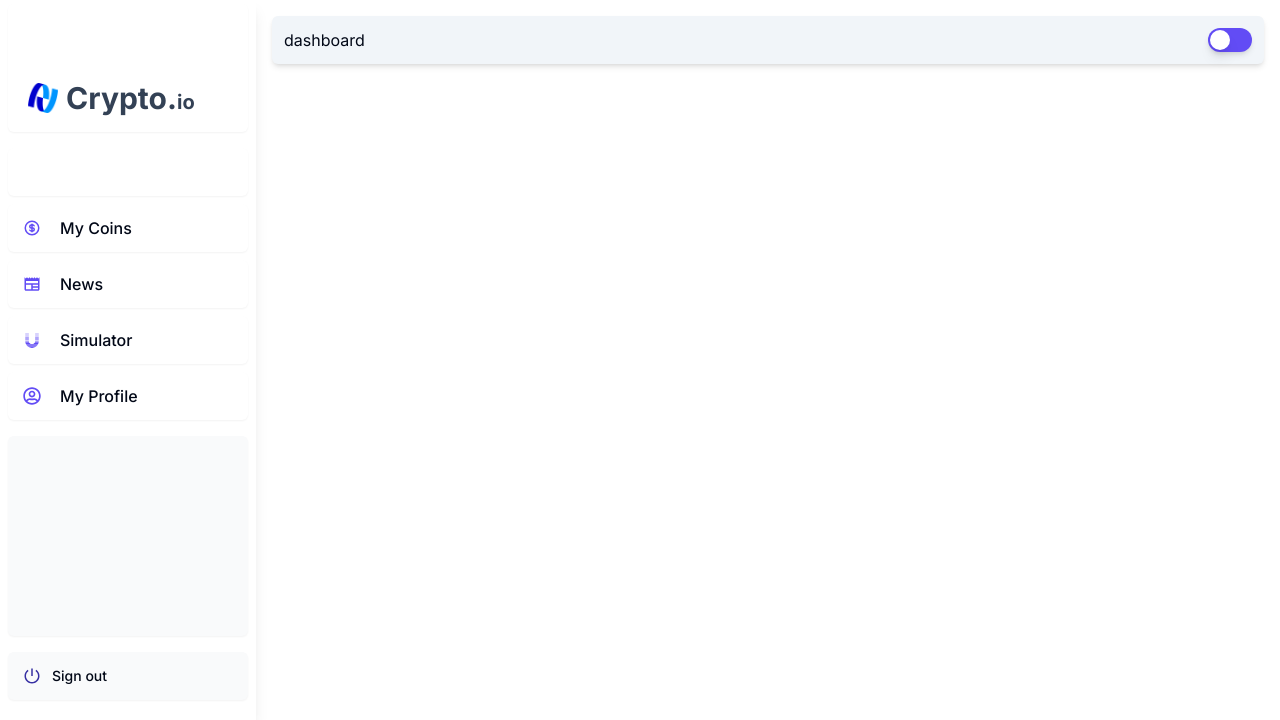
Repository: Lovenson2000/crypto.io
Page: /dashboard
An editor plug-in stored every save of this project. The page is shown before and after the next save, followed by the edit.
The browser window is 1280 px wide. The pictures show the whole page.
The page's requests for data from a server got no answer. The project was rebuilt for these pictures with package versions that can differ from the ones it lists, and the page was loaded fresh each time. Some packages were replaced by stand-ins written for this rebuild. The framework's server and built-in components were replaced by stand-ins that run in the browser. No one was signed in, and anything a server would have sent is missing. Also part of the build but not shown: next.config.js, next.config.mjs, app/lib/utils.js, app/components/MyLine.js.

Above is the page before, as saved 2024-02-06 18:48:42.

### app/layout.js
import { ClerkProvider } from "@clerk/nextjs";
import { Inter } from "next/font/google";
import "./globals.css";

const inter = Inter({ subsets: ["latin"] });

export const metadata = {
  title: "Crypto.io",
  description: "Generated by create next app",
};

export default function RootLayout({ children }) {
  return (
    <ClerkProvider
      appearance={{
        variables: { colorPrimary: '#624CF5' },
      }}
    >
      <html lang="en">
        <body className={`${inter.className}`}>
          {children}
        </body>
      </html>
    </ClerkProvider>
  );
}

### app/dashboard/layout.js

import React from 'react'
import DashboardNav from '../components/dashboard/DashboardNav';
import SideNav from '../components/dashboard/Sidenav';

export default function Layout({ children }) {
    return (
        <div className="flex flex-col md:flex-row h-screen">
            <div className="w-full flex-none md:w-64">
                <SideNav />
            </div>
            <div className="md:flex-grow p-4">
                <DashboardNav />
                {children}
            </div>
        </div>
    );
}

### app/dashboard/(overview)/page.js
"use client";

import { fetchCoins } from "@/app/api/data";
import ChartWrapper from "@/app/components/dashboard/BoxChart";
import { useEffect, useState } from "react";
import { Input } from "@/components/ui/input"

export default function Page() {

  const [coins, setCoins] = useState([]);

  useEffect(() => {
    const fetchData = async () => {
      try {
        const response = await fetchCoins();
        setCoins(response.slice(0, 4));
      } catch (error) {
        console.error('Error fetching data', error);
      }
    };

    fetchData();
  }, []);

  return (
    <div className=''>
      <ChartWrapper coins={coins} />

    </div>
  );
}

### app/globals.css
@tailwind base;
@tailwind components;
@tailwind utilities;

@layer base {
  :root {
    --background: 0 0% 100%;
    --foreground: 222.2 84% 4.9%;

    --card: 0 0% 100%;
    --card-foreground: 222.2 84% 4.9%;

    --popover: 0 0% 100%;
    --popover-foreground: 222.2 84% 4.9%;

    --primary: 222.2 47.4% 11.2%;
    --primary-foreground: 210 40% 98%;

    --secondary: 210 40% 96.1%;
    --secondary-foreground: 222.2 47.4% 11.2%;

    --muted: 210 40% 96.1%;
    --muted-foreground: 215.4 16.3% 46.9%;

    --accent: 210 40% 96.1%;
    --accent-foreground: 222.2 47.4% 11.2%;

    --destructive: 0 84.2% 60.2%;
    --destructive-foreground: 210 40% 98%;

    --border: 214.3 31.8% 91.4%;
    --input: 214.3 31.8% 91.4%;
    --ring: 222.2 84% 4.9%;

    --radius: 0.5rem;
  }

  .dark {
    --background: 222.2 84% 4.9%;
    --foreground: 210 40% 98%;

    --card: 222.2 84% 4.9%;
    --card-foreground: 210 40% 98%;

    --popover: 222.2 84% 4.9%;
    --popover-foreground: 210 40% 98%;

    --primary: 210 40% 98%;
    --primary-foreground: 222.2 47.4% 11.2%;

    --secondary: 217.2 32.6% 17.5%;
    --secondary-foreground: 210 40% 98%;

    --muted: 217.2 32.6% 17.5%;
    --muted-foreground: 215 20.2% 65.1%;

    --accent: 217.2 32.6% 17.5%;
    --accent-foreground: 210 40% 98%;

    --destructive: 0 62.8% 30.6%;
    --destructive-foreground: 210 40% 98%;

    --border: 217.2 32.6% 17.5%;
    --input: 217.2 32.6% 17.5%;
    --ring: 212.7 26.8% 83.9%;
  }
}

@layer base {
  * {
    @apply border-border;
  }

  body {
    @apply bg-background text-foreground;
  }
}

:root {
  --foreground-rgb: 0, 0, 0;
  --background-start-rgb: 214, 219, 220;
  --background-end-rgb: 255, 255, 255;
}

@media (prefers-color-scheme: dark) {
  :root {
    --primary-background: #F6F8FD;
    --secondary: #624CF5;
  }
}

body {
  background: var(--primary-background);
}

/* Removing Clerk Custom Sidebar Logo */
.cl-internal-75cqc {
  display: none;
}

.cl-userButtonPopoverFooter {
  display: none;
}

.cl-userButtonPopoverCard {
  color: #624CF5;
}


/* Styling clerk UserProfile component */
.cl-card {
  margin: 2rem 0;
}

@media (max-width: 50rem) {
  .cl-card {
    width: 100%;
    margin: 1.5rem 0;
  }
}

@media (max-width: 30rem) {
  .cl-card {
    width: 94%;
    margin: 1rem 0;
  }
}

.cl-internal-hegiim {
  display: none;
}

### app/components/dashboard/DashboardNav.js
"use client";
import { Switch } from '@/components/ui/switch';
import { UserButton } from '@clerk/nextjs';
import { usePathname } from 'next/navigation';
import React from 'react'

export default function DashboardNav() {
    const pathname = usePathname();
    const currentPage = pathname.split("/").pop();
    return (
        <div className='flex items-center justify-between p-3 shadow-md rounded-md bg-slate-100'>
            <div>{currentPage}</div>
            <div className='flex items-center gap-4'>
                <UserButton />
                <Switch />
            </div>
        </div>
    );
}

### app/components/dashboard/Sidenav.js
import DesktopNav from "./DesktopNav";
import MobileNav from "./MobileNav";

export default function SideNav() {
  return (
    <div className='h-full shadow-lg flex flex-col px-2 py-1 md:px-2'>
      <div className="md:hidden">
        <MobileNav />
      </div>
      <div className="hidden rounded-md h-full md:flex">
        <DesktopNav />
      </div>
    </div>
  );
}

### app/api/data.js
const API_URL = "https://api.coingecko.com/api/v3/coins/markets?vs_currency=usd&order=market_cap_desc&per_page=100&page=1&sparkline=true&24h&precision=3&x_cg_demo_api_key=CG-wMgmuqaPW6MjCgN1QbY11ZQM";

//&x_cg_demo_api_key=CG-wMgmuqaPW6MjCgN1QbY11ZQM
export async function fetchCoins() {
    try {
        const response = await fetch(API_URL);
        const data = await response.json();
        console.log(data);
        return data;

    } catch (error) {
        console.error("Error fetching data", error);
    }
}













// export async function fetchCoins(timeInterval) {
//     try {
//       const sparklineIntervals = {
//         '1h': 'price_change_percentage_1h_in_currency',
//         '24h': 'price_change_percentage_24h_in_currency',
//         '7d': 'price_change_percentage_7d_in_currency',
//         '14d': 'price_change_percentage_14d_in_currency',
//         '30d': 'price_change_percentage_30d_in_currency',
//         '1y': 'price_change_percentage_1y_in_currency',
//       };

//       const API_URL = `https://api.coingecko.com/api/v3/coins/markets?vs_currency=usd&order=market_cap_desc&per_page=100&page=1&sparkline=true&price_change_percentage=${sparklineIntervals[timeInterval]}&x_cg_demo_api_key=CG-wMgmuqaPW6MjCgN1QbY11ZQM`;

//       const response = await fetch(API_URL);
//       const data = await response.json();
//       console.log(data);
//       return data;
//     } catch (error) {
//       console.error("Error fetching data", error);
//     }
//   }

### app/components/dashboard/BoxChart.js
import Image from 'next/image'
import React from 'react'
import { FaArrowTrendUp } from "react-icons/fa6";
import { FaArrowTrendDown } from "react-icons/fa6";
import SingleLineChart from '../MyLine'

export default function ChartWrapper({ coins }) {

    return (
        <div className='grid grid-cols-1 place-items-center place-content-center md:grid-cols-2 lg:grid-cols-4 gap-'>
            {
                coins.map((coin) => (
                    <BoxChart
                        coin={coin}
                        key={coin.id}
                    />
                ))
            }
        </div>
    );
}

function BoxChart({ coin }) {
    return (
        <div className="bg-white w-64 p-3 text-slate-700 relative border-b-2 border-main m-4 shadow-md rounded-sm">
            <Image
                width={30}
                height={30}
                src={coin.image}
                alt={coin.name}
                className="absolute top-[-12px] left-1/2 transform -translate-x-1/2 "
            />
            <div className="flex items-center mt-4 gap-4 h-full w-full justify-between">
                <div className="w-1/2 flex flex-col">
                    <p className="text-xl font-semibold">{coin.name}</p>
                    <p className="text-[.8rem]">${coin.current_price}
                        <span>{coin.market_cap_change_percentage_24h > 0 ? <FaArrowTrendUp className="text-teal-300" /> : <FaArrowTrendDown className="text-red-500" />}
                        </span>
                    </p>
                </div>
                <div className="w-1/2">
                    <SingleLineChart coin={coin} />
                </div>
            </div>
        </div>
    )
}

### components/ui/switch.jsx
"use client"

import * as React from "react"
import * as SwitchPrimitives from "@radix-ui/react-switch"

import { cn } from "@/lib/utils"

const Switch = React.forwardRef(({ className, ...props }, ref) => (
  <SwitchPrimitives.Root
    className={cn(
      "peer inline-flex shadow-md h-6 w-11 shrink-0 cursor-pointer items-center rounded-full border-2 border-transparent transition-colors focus-visible:outline-none focus-visible:ring-2 focus-visible:ring-ring focus-visible:ring-offset-2 focus-visible:ring-offset-background disabled:cursor-not-allowed disabled:opacity-50 data-[state=checked]:bg-main data-[state=unchecked]:bg-main",

      className
    )}
    {...props}
    ref={ref}>
    <SwitchPrimitives.Thumb
      className={cn(
        "pointer-events-none block h-5 w-5 rounded-full bg-background shadow-lg ring-0 transition-transform data-[state=checked]:translate-x-5 data-[state=unchecked]:translate-x-0"
      )} />
  </SwitchPrimitives.Root>
))
Switch.displayName = SwitchPrimitives.Root.displayName

export { Switch }

### app/components/dashboard/DesktopNav.js
import { RiShutDownLine } from "react-icons/ri";
import { SignOutButton } from '@clerk/nextjs';
import Logo from '../Logo';

import NavLinks from './NavLinks';

export default function DesktopNav() {
    return (
        <div className="flex justify-center w-full rounded-md flex-col gap-4">
            <div className='h-32 pl-5 py-4 w-full flex items-end rounded-md shadow-sm'>
                <Logo />
            </div>
            <NavLinks />
            <div className="h-auto w-full grow rounded-md bg-gray-50 md:block shadow-sm"></div>
            <div className="flex h-[48px] items-center justify-start gap-2 rounded-md bg-gray-50 p-3 text-sm font-medium hover:bg-indigo-50 hover:text-indigo-700 md:flex-none shadow-sm">
                <RiShutDownLine className="w-6 text-lg text-indigo-800" />
                <SignOutButton className="text-[1rem]" />
            </div>
            <div>
            </div>
        </div>
    );
}

### app/components/dashboard/MobileNav.jsx
import { TbMenuDeep } from "react-icons/tb";
import { RiShutDownLine } from "react-icons/ri";
import { SignOutButton } from '@clerk/nextjs';
import Logo from '../Logo';
import {
    Sheet,
    SheetContent,
    SheetDescription,
    SheetHeader,
    SheetTitle,
    SheetTrigger,
} from "@/components/ui/sheet"
import NavLinks from './NavLinks';

export default function MobileNav() {
    return (
        <div
            className="flex h-16 items-center justify-between rounded-md px-2"
        >
            <div className='h-20 flex'>
                <Logo />
            </div>

            <div>
                <Sheet>
                    <SheetTrigger>
                        <TbMenuDeep className="font-semibold cursor-pointer text-indigo-700 text-3xl" />
                    </SheetTrigger>
                    <SheetContent className='h-screen w-5/6 flex flex-col justify-between'>
                        <NavLinks />
                        <div className="h-72 w-full rounded-md bg-gray-100 md:block"></div>
                        <div className="flex h-[48px] items-center justify-start gap-2 rounded-md bg-gray-50 p-3 text-sm font-medium hover:bg-indigo-100 hover:text-main md:flex-none">
                            <RiShutDownLine className="w-6 text-lg text-indigo-700" />
                            <SignOutButton className="text-[1rem]" />
                        </div>
                    </SheetContent>
                </Sheet>
            </div>
        </div>
    );
}

### app/components/Logo.js
import Image from "next/image";
import Link from "next/link";

export default function Logo() {
    return (
        <Link href="/" className="flex items-center gap-2">
            <Image
                src='/assets/logo.png'
                width={30}
                height={30}
                alt="logo-image"
                className='rotate-90'
            />
            <h1 className="text-3xl text-slate-700 font-bold">Crypto.<span className="text-xl font-bold">io</span></h1>
        </Link >
    );
}

### app/components/dashboard/NavLinks.js
"use client";

import { IoHome } from "react-icons/io5";
import { MdNewspaper } from "react-icons/md";
import { TbCoin } from "react-icons/tb";
import { FaUniregistry } from "react-icons/fa";
import { FaRegUserCircle } from "react-icons/fa";
import { usePathname } from 'next/navigation';
import Link from "next/link";
import clsx from "clsx";

const links = [
    {
        name: 'Home',
        href: '/dashboard',
        icon: IoHome
    },
    {
        name: 'My Coins',
        href: '/dashboard/coins',
        icon: TbCoin,
    },
    {
        name: 'News',
        href: '/dashboard/news',
        icon: MdNewspaper
    },
    {
        name: 'Simulator',
        href: '/dashboard/simulator',
        icon: FaUniregistry
    },
    {
        name: 'My Profile',
        href: '/dashboard/profile',
        icon: FaRegUserCircle
    },
];

export default function NavLinks() {
    const pathname = usePathname();
    return (
        <div className="flex flex-col gap-2 mt-4 md:mt-0">
            {links.map((link) => {
                const LinkIcon = link.icon;
                return (
                    <Link
                        key={link.name}
                        href={link.href}
                        className={clsx(
                            "flex h-[48px] items-center justify-start gap-4 rounded-md p-3 text-sm font-medium bg-white hover:bg-indigo-100 hover:text-main hover:translate-y-[-2px] focus:ring md:flex-none shadow-sm",
                            {
                                "bg-indigo-700 text-white": pathname === link.href,
                            },
                        )}
                    >
                        <LinkIcon className={`${pathname === link.href ? "text-white" : "text-main"} w-6 text-lg`} />
                        <p className="text-[1rem]">{link.name}</p>
                    </Link>
                );
            })}
        </div>
    );
}

### components/ui/sheet.jsx
"use client";
import * as React from "react"
import * as SheetPrimitive from "@radix-ui/react-dialog"
import { cva } from "class-variance-authority";
import { X } from "lucide-react"

import { cn } from "@/lib/utils"

const Sheet = SheetPrimitive.Root

const SheetTrigger = SheetPrimitive.Trigger

const SheetClose = SheetPrimitive.Close

const SheetPortal = SheetPrimitive.Portal

const SheetOverlay = React.forwardRef(({ className, ...props }, ref) => (
  <SheetPrimitive.Overlay
    className={cn(
      "fixed inset-0 z-50 bg-black/80  data-[state=open]:animate-in data-[state=closed]:animate-out data-[state=closed]:fade-out-0 data-[state=open]:fade-in-0",
      className
    )}
    {...props}
    ref={ref} />
))
SheetOverlay.displayName = SheetPrimitive.Overlay.displayName

const sheetVariants = cva(
  "fixed z-50 gap-4 bg-background p-6 shadow-lg transition ease-in-out data-[state=open]:animate-in data-[state=closed]:animate-out data-[state=closed]:duration-300 data-[state=open]:duration-500",
  {
    variants: {
      side: {
        top: "inset-x-0 top-0 border-b data-[state=closed]:slide-out-to-top data-[state=open]:slide-in-from-top",
        bottom:
          "inset-x-0 bottom-0 border-t data-[state=closed]:slide-out-to-bottom data-[state=open]:slide-in-from-bottom",
        left: "inset-y-0 left-0 h-full w-3/4 border-r data-[state=closed]:slide-out-to-left data-[state=open]:slide-in-from-left sm:max-w-sm",
        right:
          "inset-y-0 right-0 h-full w-3/4  border-l data-[state=closed]:slide-out-to-right data-[state=open]:slide-in-from-right sm:max-w-sm",
      },
    },
    defaultVariants: {
      side: "right",
    },
  }
)

const SheetContent = React.forwardRef(({ side = "right", className, children, ...props }, ref) => (
  <SheetPortal>
    <SheetOverlay />
    <SheetPrimitive.Content ref={ref} className={cn(sheetVariants({ side }), className)} {...props}>
      {children}
      <SheetPrimitive.Close
        className="absolute right-4 top-4 rounded-sm opacity-70 ring-offset-background transition-opacity hover:opacity-100 focus:outline-none focus:ring-2 focus:ring-ring focus:ring-offset-2 disabled:pointer-events-none data-[state=open]:bg-secondary">
        <X className="h-4 w-4" />
        <span className="sr-only">Close</span>
      </SheetPrimitive.Close>
    </SheetPrimitive.Content>
  </SheetPortal>
))
SheetContent.displayName = SheetPrimitive.Content.displayName

const SheetHeader = ({
  className,
  ...props
}) => (
  <div
    className={cn("flex flex-col space-y-2 text-center sm:text-left", className)}
    {...props} />
)
SheetHeader.displayName = "SheetHeader"

const SheetFooter = ({
  className,
  ...props
}) => (
  <div
    className={cn("flex flex-col-reverse sm:flex-row sm:justify-end sm:space-x-2", className)}
    {...props} />
)
SheetFooter.displayName = "SheetFooter"

const SheetTitle = React.forwardRef(({ className, ...props }, ref) => (
  <SheetPrimitive.Title
    ref={ref}
    className={cn("text-lg font-semibold text-foreground", className)}
    {...props} />
))
SheetTitle.displayName = SheetPrimitive.Title.displayName

const SheetDescription = React.forwardRef(({ className, ...props }, ref) => (
  <SheetPrimitive.Description
    ref={ref}
    className={cn("text-sm text-muted-foreground", className)}
    {...props} />
))
SheetDescription.displayName = SheetPrimitive.Description.displayName

export {
  Sheet,
  SheetPortal,
  SheetOverlay,
  SheetTrigger,
  SheetClose,
  SheetContent,
  SheetHeader,
  SheetFooter,
  SheetTitle,
  SheetDescription,
}

### tailwind.config.js
/** @type {import('tailwindcss').Config} */
module.exports = {
  darkMode: ["class"],
  content: [
    './pages/**/*.{js,jsx}',
    './components/**/*.{js,jsx}',
    './app/**/*.{js,jsx}',
    './src/**/*.{js,jsx}',
  ],
  prefix: "",
  theme: {
    container: {
      center: true,
      padding: "2rem",
      screens: {
      'sm': '320px',
      'sm1': '375px',
      'sm2': '450px',
      'md1': '540px',
      'md2': '750px',
      'large': '1024px',
      },
    },
    extend: {
      colors: {
        border: "hsl(var(--border))",
        input: "hsl(var(--input))",
        main: "#624CF5",
        third: "#3f24ef",
        back:"#020337",
        light:"#03045e",
        ring: "hsl(var(--ring))",
        background: "hsl(var(--background))",
        foreground: "hsl(var(--foreground))",
        primary: {
          DEFAULT: "hsl(var(--primary))",
          foreground: "hsl(var(--primary-foreground))",
        },
        secondary: {
          DEFAULT: "hsl(var(--secondary))",
          foreground: "hsl(var(--secondary-foreground))",
        },
        destructive: {
          DEFAULT: "hsl(var(--destructive))",
          foreground: "hsl(var(--destructive-foreground))",
        },
        muted: {
          DEFAULT: "hsl(var(--muted))",
          foreground: "hsl(var(--muted-foreground))",
        },
        accent: {
          DEFAULT: "hsl(var(--accent))",
          foreground: "hsl(var(--accent-foreground))",
        },
        popover: {
          DEFAULT: "hsl(var(--popover))",
          foreground: "hsl(var(--popover-foreground))",
        },
        card: {
          DEFAULT: "hsl(var(--card))",
          foreground: "hsl(var(--card-foreground))",
        },
      },
      borderRadius: {
        lg: "var(--radius)",
        md: "calc(var(--radius) - 2px)",
        sm: "calc(var(--radius) - 4px)",
      },
      keyframes: {
        "accordion-down": {
          from: { height: "0" },
          to: { height: "var(--radix-accordion-content-height)" },
        },
        "accordion-up": {
          from: { height: "var(--radix-accordion-content-height)" },
          to: { height: "0" },
        },
      },
      animation: {
        "accordion-down": "accordion-down 0.2s ease-out",
        "accordion-up": "accordion-up 0.2s ease-out",
      },
    },
  },
  plugins: [require("tailwindcss-animate")],
}

Loaded but not shown: lib/utils.js (common file); components/ui/input.jsx (common file)

After the next save:
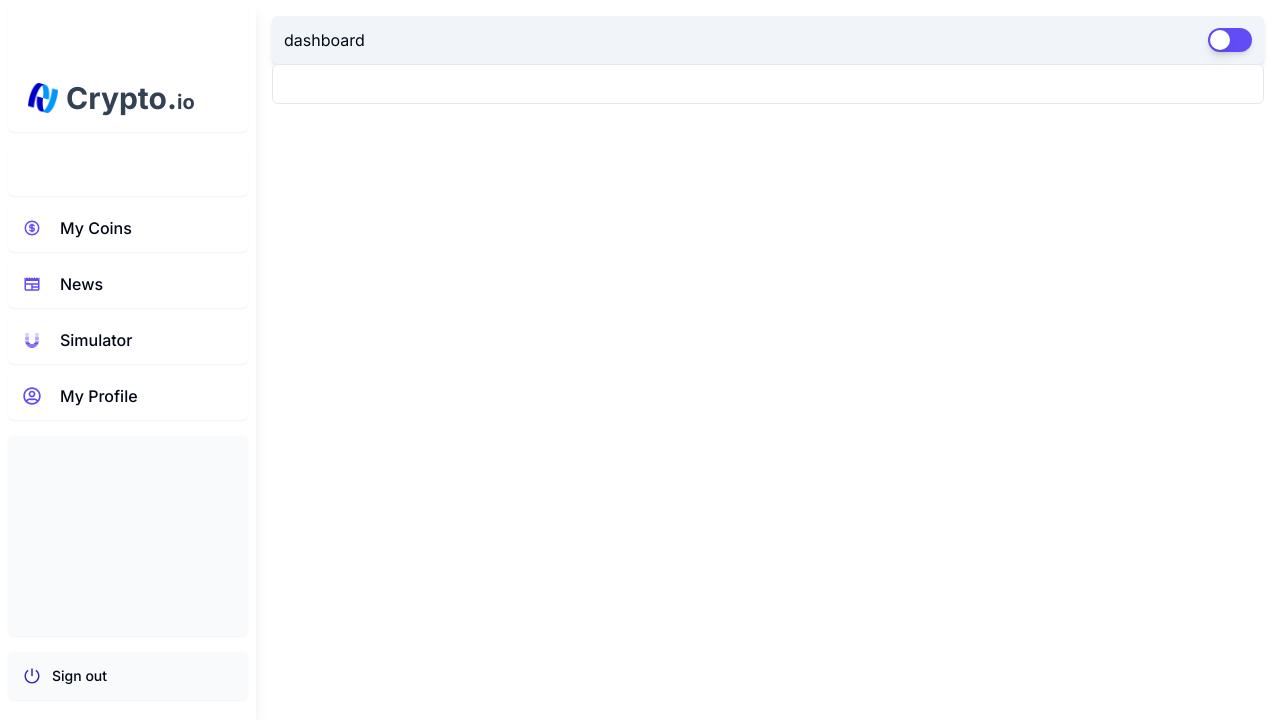
Saved 7 s later.
--- a/app/dashboard/(overview)/page.js
+++ b/app/dashboard/(overview)/page.js
@@ -25,7 +25,7 @@
   return (
     <div className=''>
       <ChartWrapper coins={coins} />
-
+      <Input />
     </div>
   );
 }

After the save that followed:
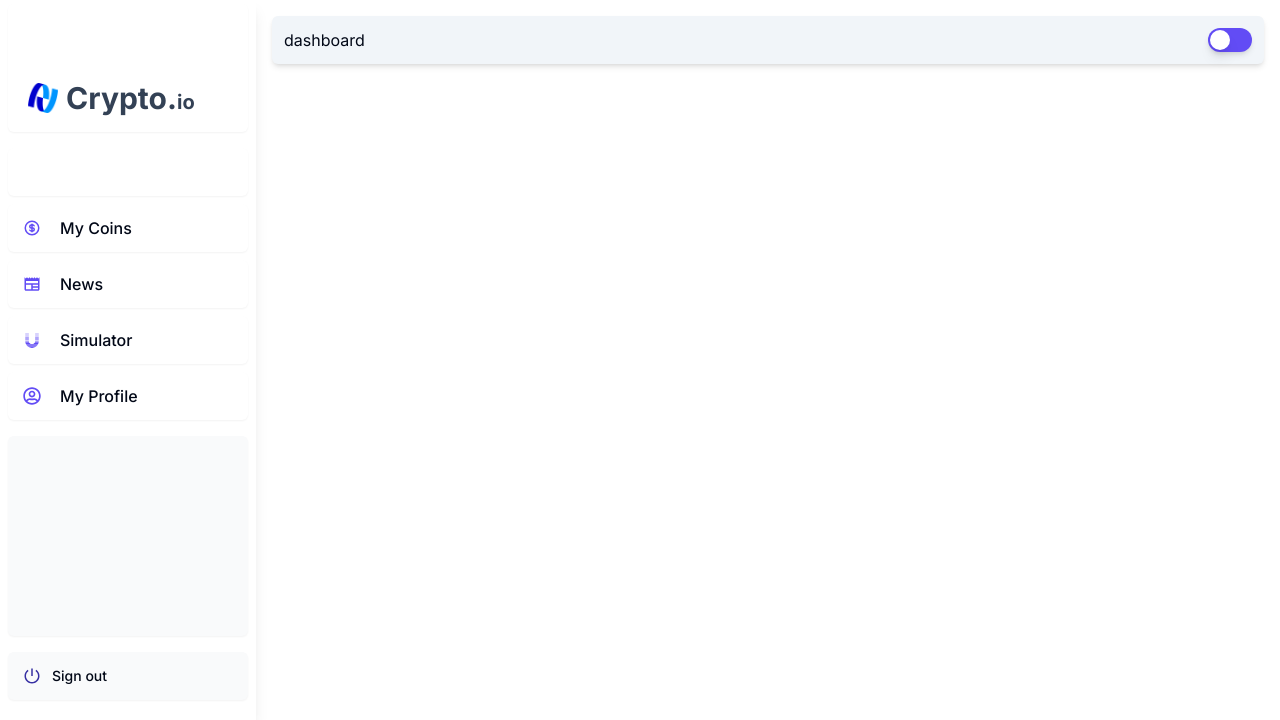
Saved 101 s later.
--- a/app/dashboard/(overview)/page.js
+++ b/app/dashboard/(overview)/page.js
@@ -3,7 +3,6 @@
 import { fetchCoins } from "@/app/api/data";
 import ChartWrapper from "@/app/components/dashboard/BoxChart";
 import { useEffect, useState } from "react";
-import { Input } from "@/components/ui/input"
 
 export default function Page() {
 
@@ -25,7 +24,6 @@
   return (
     <div className=''>
       <ChartWrapper coins={coins} />
-      <Input />
     </div>
   );
 }
